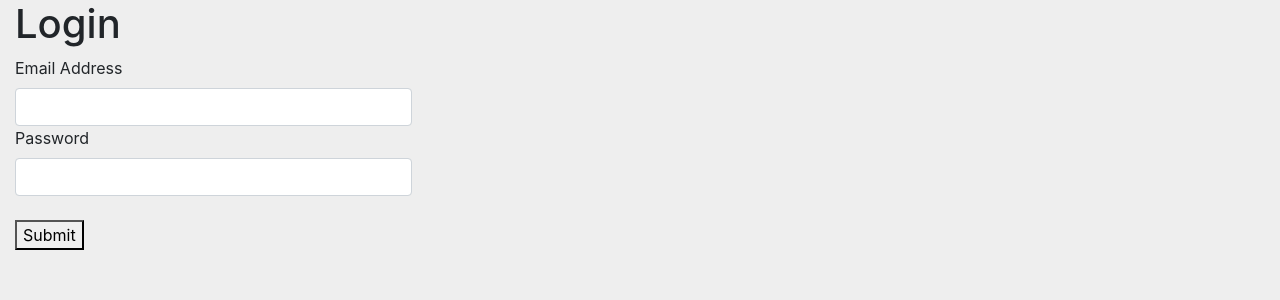
Repository: neoighodaro-articles/migrating-to-laravel
Page: http://localhost/
These files come from the project's save history. The page is drawn as it stood at one moment and after the next save; the edit follows.
The browser window is 1280 px wide. The pictures show the whole page.
The page is run by PHP 8.4 with error messages shown; the project is at /var/www/html/.

Above is the page before, as saved 2018-06-12 19:42:51.

After the next save:
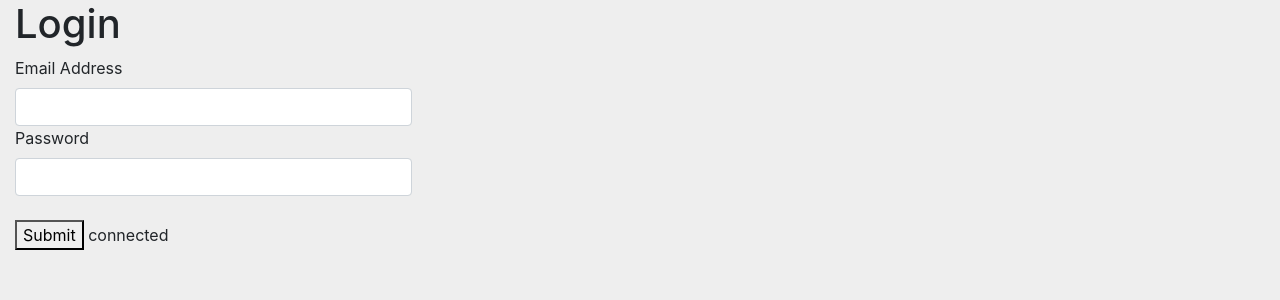
Saved 21 s later.
--- a/vanilla/index.php
+++ b/vanilla/index.php
@@ -25,6 +25,8 @@
         <button type="submit" name="btnLogin">Submit</button>
 
         <?php
+
+          require_once 'functions.php';
           if( isset($_POST['btnLogin'])) {
 
           }

After the save that followed:
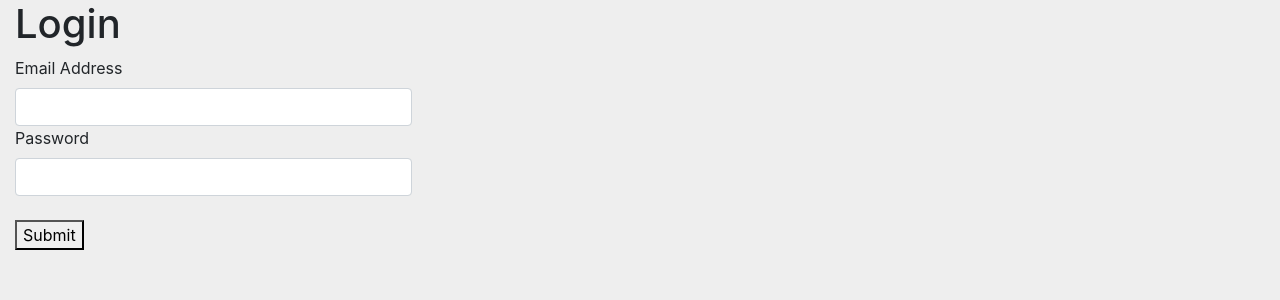
Saved 3 min 38 s later.
--- a/vanilla/functions.php
+++ b/vanilla/functions.php
@@ -6,7 +6,7 @@
 
  try{
    $pdo = new PDO('mysql:host='. $host. ';dbname='. $dbname, $user, $pwd);
-   echo "connected";
+  //  echo "connected";
  } catch(PDOException $e) {
    echo "Unable to connect" . $e->getMessage();
  }
